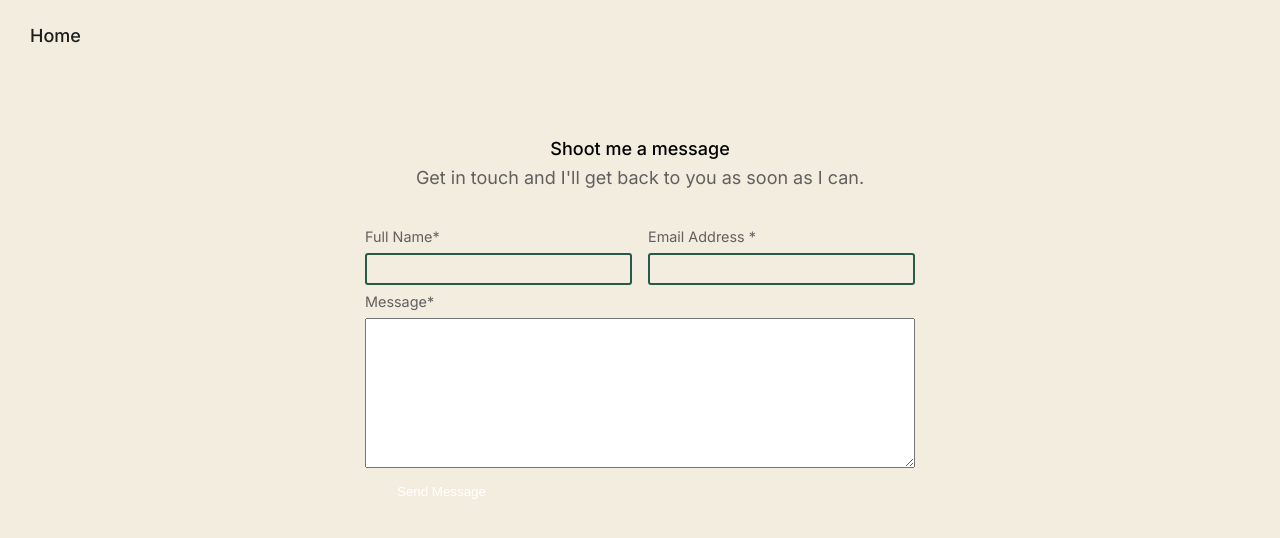
Repository: David-Waite/David-Waite-Portfolio
Page: /contact
An editor plug-in stored every save of this project. The page is shown before and after the next save, followed by the edit.
The browser window is 1280 px wide. The pictures show the whole page.
The project was rebuilt for these pictures with package versions that can differ from the ones it lists, and the page was loaded fresh each time. The framework's server and built-in components were replaced by stand-ins that run in the browser. Also part of the build but not shown: next.config.js, app/components/Nav/NavButton/navButton.module.css, app/components/Nav/NavButton/NavButton.tsx.

Above is the page before, as saved 2023-07-26 20:05:13.

### app/layout.tsx
import "./globals.css";
import type { Metadata } from "next";
import { Inter } from "next/font/google";
import Link from "next/link";
import NavBar from "./components/Nav/NavBar/NavBar";

const inter = Inter({ subsets: ["latin"] });

export const metadata: Metadata = {
  title: "Create Next App",
  description: "Generated by create next app",
};

export default function RootLayout({
  children,
}: {
  children: React.ReactNode;
}) {
  return (
    <html lang="en">
      <body className={inter.className}>
        <NavBar />
        {children}
      </body>
    </html>
  );
}

### app/contact/page.tsx
import { Metadata, NextPage } from "next/types";
import { Contact } from "../components/Contact/contact";

export const metadata: Metadata = {
  title: "David Waite | Contact ",
};

const ContactPage: NextPage = () => {
  return <Contact />;
};

export default ContactPage;

### app/globals.css
:root {
  --primary: #255b48;
  --black: #191d1b;
  --background: #f3eddf;
  --white: #ffffff;
  --grey: #606060;
}

.paragraph {
  font-size: 18px;
  font-style: normal;
  font-weight: 400;
  line-height: 25.2px;
  color: var(--black);
}

body {
  background-color: var(--background);
}

* {
  padding: 0;
  margin: 0;
  box-sizing: border-box;
}

### app/components/Nav/NavBar/NavBar.tsx
"use client";
import NavButton from "../NavButton/NavButton";
import styles from "./navBar.module.css";
import { usePathname } from "next/navigation";

import Link from "next/link";

export default function NavBar() {
  const currentRoute = usePathname();

  return (
    <nav className={styles.container}>
      <Link href={`./${currentRoute === "/" ? "about" : "/"}`}>
        {currentRoute === "/" ? "About" : "Home"}
      </Link>

      {currentRoute !== "/contact" && <NavButton />}
    </nav>
  );
}

### app/components/Contact/contact.tsx
"use client";

import { FormEvent, useState } from "react";
import styles from "./contact.module.css";
import { useSearchParams } from "next/navigation";
export const Contact = () => {
  const [message, setMessage] = useState<string>("");
  const [status, setStatus] = useState<string>("");
  const [disabled, setDisabled] = useState<boolean>(false);
  const searchParams = useSearchParams();

  const onContactFormSubmit = async (e: FormEvent<HTMLFormElement>) => {
    e.preventDefault();
    const formData: { [key: string]: string } = {};
    const elements = e.currentTarget.elements as unknown as Array<
      HTMLInputElement | HTMLTextAreaElement | HTMLButtonElement
    >;

    Array.from(elements).forEach((field) => {
      if (!field.name) return;
      formData[field.name] = field.value;
    });

    await fetch("/contact/send", {
      method: "POST",
      body: JSON.stringify(formData),
    })
      .then((res) => res.json())
      .then((res) => {
        setMessage(res.message);
        setStatus(res.status);
        setDisabled(res.message.length > 0);
      });
  };

  return (
    <div className={styles.container}>
      <h1 className={styles.heading}>Shoot me a message</h1>
      <p className={styles.tagline}>
        Get in touch and I&apos;ll get back to you as soon as I can.
      </p>

      <form onSubmit={onContactFormSubmit}>
        {message.length > 0 ? (
          <div
            className={`paragraph ${styles.alert} ${
              status ? styles.alertSuccess : styles.alertError
            }`}
          >
            <span>{message}</span>
          </div>
        ) : null}
        <div className={styles.topForm}>
          <div className={styles.inputCon}>
            <label htmlFor="name">
              <span>Full Name*</span>
            </label>
            <input
              type="text"
              name="name"
              id="name"
              required
              disabled={disabled}
            />
          </div>
          <div className={styles.inputCon}>
            <label htmlFor="email">
              <span>Email Address *</span>
            </label>
            <input
              type="email"
              name="email"
              id="email"
              required
              disabled={disabled}
            />
          </div>
        </div>

        <div className={`${styles.message} ${styles.inputCon}`}>
          <label htmlFor="message">
            <span>Message*</span>
          </label>
          <textarea
            rows={3}
            name="message"
            id="message"
            required
            disabled={disabled}
          ></textarea>
        </div>

        <button type="submit" className={styles.button} disabled={disabled}>
          Send Message
        </button>
      </form>
    </div>
  );
};

### app/components/Nav/NavBar/navBar.module.css
.container {
  display: flex;
  align-items: center;
  justify-content: space-between;
  height: 70px;
  padding: 0 30px;
}

.container a {
  color: var(--black);
  cursor: pointer;
  text-decoration: none;
  font-size: 18px;
  font-weight: 500;
}

### app/components/Contact/contact.module.css
.container {
  min-height: calc(100vh - 216px);
  display: flex;
  flex-direction: column;
  align-items: center;
  justify-content: center;
}

.container h1 {
  color: var(--back);
  font-weight: 500;
  font-size: 18px;
  margin-bottom: 8px;
}

.container p {
  text-align: center;
  margin-bottom: 40px;
  font-weight: 400;
  color: var(--grey);
  font-size: 18px;
}

.container form {
  display: flex;
  flex-direction: column;
  gap: 8px;
  position: relative;
}

.topForm {
  display: grid;
  grid-template-columns: 1fr 1fr;
  gap: 16px;
}

.inputCon {
  display: flex;
  flex-direction: column;
  gap: 8px;
}

.message textarea {
  height: 150px;
  width: 550px;
  font-size: 16px;
  padding: 8px;
}
.inputCon label {
  color: var(--grey);
  font-size: 14.4px;
}

.inputCon input {
  background-color: var(--background);
  border: 2px solid var(--primary);
  border-radius: 3px;
  font-size: 16px;
  padding-left: 8px;
  height: 32px;
}

.inputCon select {
  height: 36px;
  font-size: 16px;
}

.container form button {
  border-radius: 3px;
  background: var(--BrandGradient);
  padding: 8px 32px;
  margin-right: auto;
  text-align: center;
  border: none;
  color: white;
  cursor: pointer;
}

.container form button:hover {
  background: linear-gradient(90deg, #a020c0 0%, #4417c9 100%);
}
.container form button p {
  margin-bottom: 0;
}

.alert {
  position: absolute;
  top: -33px;
  left: 0px;
  color: var(--white);
  font-size: 16px;
  text-align: center;

  width: 100%;
  border-radius: 3px;
}

.alertSuccess {
  background-color: green;
}

.alertError {
  background-color: red;
}

@media (max-width: 600px) {
  .container {
    padding: 10px;
  }
  .topForm {
    grid-template-columns: 1fr;
    gap: 8px;
  }
  .message textarea {
    width: calc(100vw - 38px);
  }
  .container form {
    width: 100%;
  }
}

After the next save:
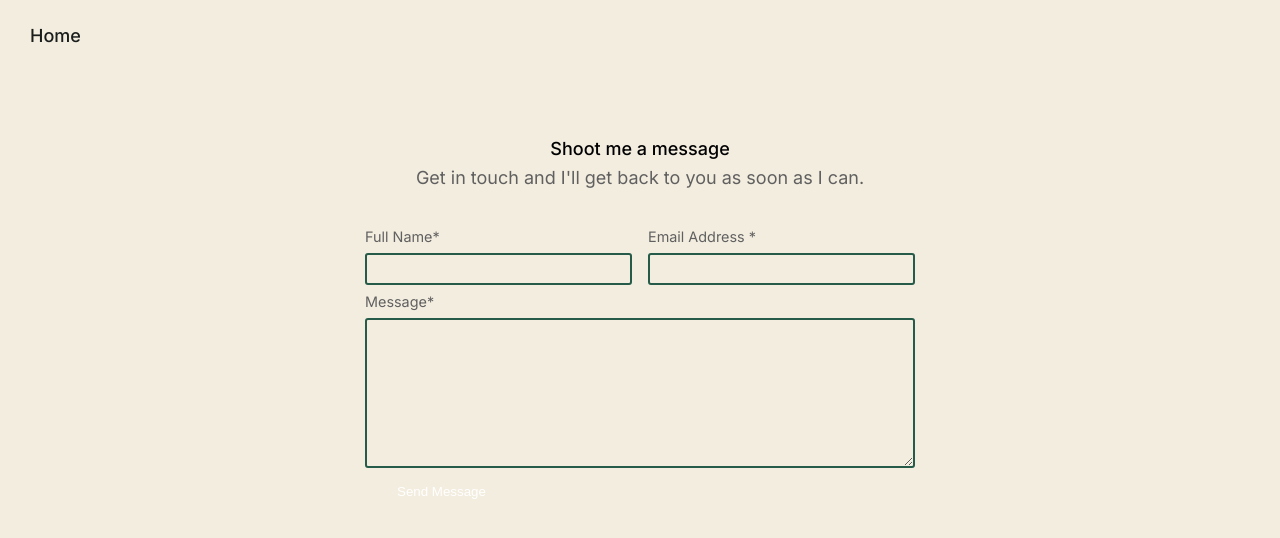
Saved 22 s later.
--- a/app/components/Contact/contact.module.css
+++ b/app/components/Contact/contact.module.css
@@ -41,6 +41,9 @@
 }
 
 .message textarea {
+  background-color: var(--background);
+  border: 2px solid var(--primary);
+  border-radius: 3px;
   height: 150px;
   width: 550px;
   font-size: 16px;
